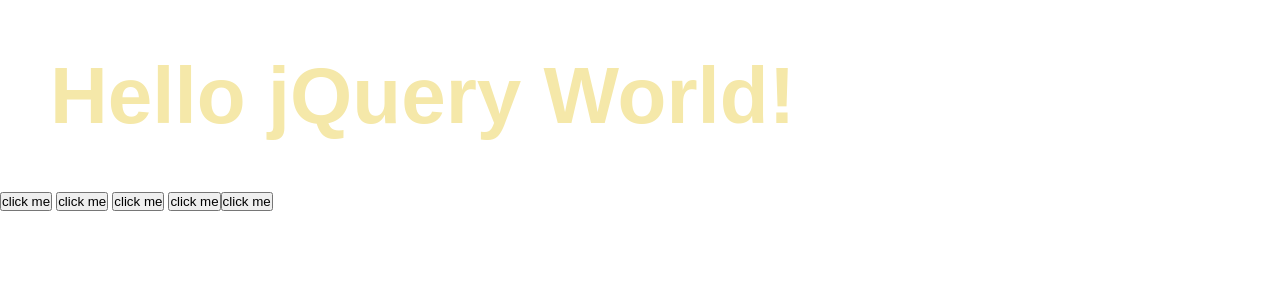
Repository: doncsar/yu-frontend-bootcamp
Page: 18-jQuery/index.html
An editor plug-in stored every save of this project. The page is shown before and after the next save, followed by the edit.
The browser window is 1280 px wide. The pictures show the whole page.

Above is the page before, as saved 2024-01-28 14:52:49.
Console error: TypeError: document.addEventListener$ is not a function

After the next save:
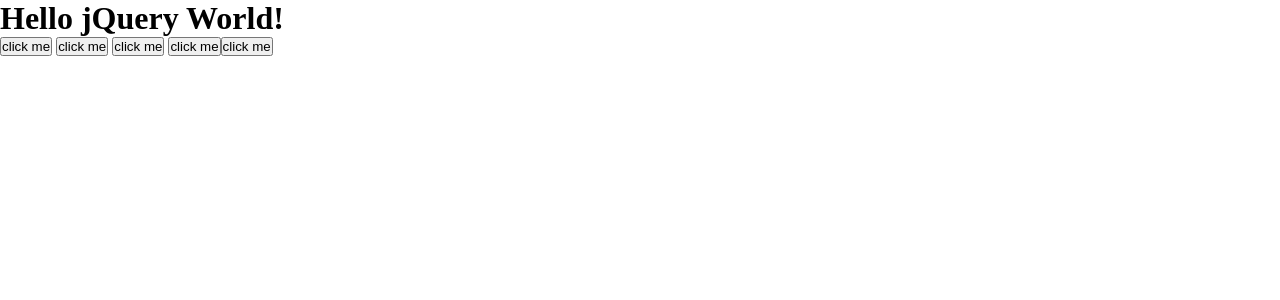
Console error: SyntaxError: Unexpected token '.'
Saved 7 s later.
--- a/18-jQuery/script.js
+++ b/18-jQuery/script.js
@@ -1,3 +1,3 @@
 $('h1').addClass('big-title m-50')
 
-document.addEventListener$('h1').text('Good Bye')
+document..addEventListener$('h1').text('Good Bye')

After the 2 saves that followed:
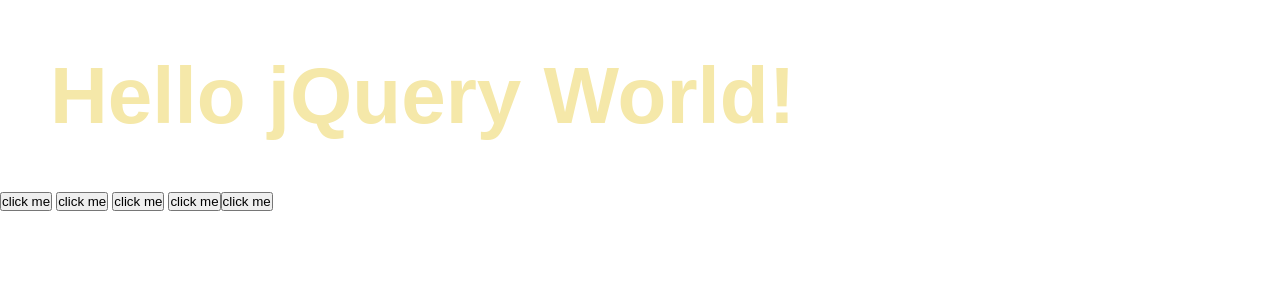
Console error: TypeError: document.$ is not a function
The 2 saves are shown as one change because 1 left the picture as it was.
The last was saved 15 s later.
--- a/18-jQuery/script.js
+++ b/18-jQuery/script.js
@@ -1,3 +1,3 @@
 $('h1').addClass('big-title m-50')
 
-document..addEventListener$('h1').text('Good Bye')
+document.$('h1').text('Good Bye')
